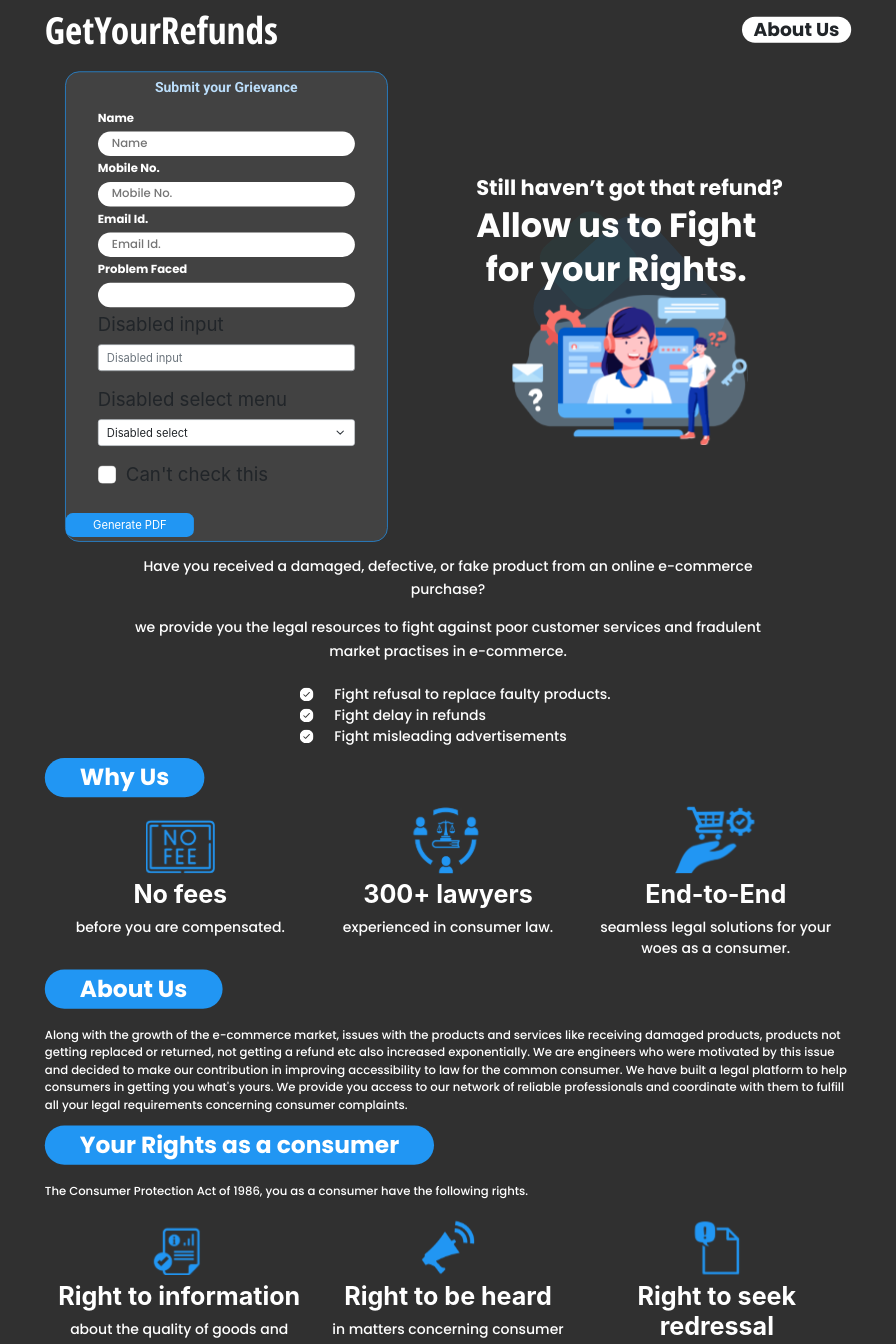
Repository: Eren00Yeager/initial-survey
Page: /consumer-complaints
These files come from the project's save history. The page is drawn as it stood at one moment and after the next save; the edit follows.
The browser window is 1280 px wide. The pictures show the part of the page from y = 0 to 1920 px (the page is 2893 px tall before and 2877 px after), at 70% of full size.
Some web fonts or font styles are not loaded; a fallback is used. The project was rebuilt for these pictures with package versions that can differ from the ones it lists, and the page was loaded fresh each time. The framework's server and built-in components were replaced by stand-ins that run in the browser. Also part of the build but not shown: next.config.js.

Above is the page before, as saved 2022-07-14 11:55:48.

### pages/consumer-complaints.jsx
import Head from "next/head";
import Image from "next/image";
import consumerStyles from "../styles/consumer.module.css";
import svg from "../pic/mark.svg";
import im from "../pic/i2.svg";
import i1 from "../pic/nofee.svg";
import i2 from "../pic/law.svg";
import i3 from "../pic/end2.svg";
import j1 from "../pic/info.svg";
import j2 from "../pic/heard.svg";
import j3 from "../pic/seek.svg";
import j4 from "../pic/free.svg";
import j5 from "../pic/safe.svg";
import a from "../pic/carrow.svg";
import f from "../pic/foot.svg";
import z1 from "../pic/in.svg";
import z2 from "../pic/tweet.svg";
import z3 from "../pic/mail.svg";
import { Col,Row,Form,Button,Accordion } from 'react-bootstrap';
import { useState,useEffect } from "react";


export default function consumer() {

    const [name, setName] = useState('');
    const [mobile, setMobile] = useState('');
    const [email, setEmail] = useState('');
    const [problem, setProblem] = useState('');
    const [error, seterror] = useState('');
    const [st, setst] = useState(false);
    const emailValidation = () => {
        const regex = /^(([^<>()[\]\.,;:\s@\"]+(\.[^<>()[\]\.,;:\s@\"]+)*)|(\".+\"))@(([^<>()[\]\.,;:\s@\"]+\.)+[^<>()[\]\.,;:\s@\"]{2,})$/i;
        if (!email || regex.test(email) === false) {

            seterror("Email is not valid");

            return false;
        }
        return true;
    }
    const submitHandler = async (e) => {
        e.preventDefault();

        console.log([name, mobile, email, problem])
        if (emailValidation()) {
            try {
                const response = await fetch("/api/consumersheet", {
                    method: "POST",
                    body: JSON.stringify({ name, mobile, email, problem }),
                    headers: {
                        'Content-Type': 'application/json',
                    },
                })
                if (await response.status == 201) {
                    setst(true)
                } else {
                    throw response.json()
                }


            } catch (e) {
                console.log(e)
                alert("There was an error in submitting\nPlease try again")
                setName('');
                setMobile('');
                setEmail('');
                setProblem('');
                setst(false);
            }
        }
    }

    const [windowSize, setWindowSize] = useState({
        width: "",
        height: "",
    });

    useEffect(() => {
        // only execute all the code below in client side
        if (typeof window !== 'undefined') {
            // Handler to call on window resize
            function handleResize() {
                // Set window width/height to state
                setWindowSize({
                    width: window.innerWidth,
                    height: window.innerHeight,
                });
            }

            // Add event listener
            window.addEventListener("resize", handleResize);

            // Call handler right away so state gets updated with initial window size
            handleResize();

            // Remove event listener on cleanup
            return () => window.removeEventListener("resize", handleResize);
        }
    }, []); // Empty array ensures that effect is only run on mount
    function handleScroll() {
        window.scroll({
            top: document.body.offsetHeight,
            left: 0,
            behavior: 'smooth',
        });
    }

    const thnk = (
        <div className={consumerStyles.tnk}>
            <div className={consumerStyles.thank}>Thank you for
                signing up with us.
                We will soon
                reach out to you.</div>
        </div>
    )
    const frm = (
        <Form className={consumerStyles.frm} onSubmit={submitHandler}>
            <div className={consumerStyles.grev}>
                Submit your Grievance
            </div>
            <div className={consumerStyles.details}>
                <div className={consumerStyles.det}>
                    <div className={consumerStyles.nam}>Name</div>
                    <input type="text" placeholder="Name" className={consumerStyles.plc} value={name} required onChange={(e) => setName(e.target.value)}></input>
                </div>
                <div className={consumerStyles.det}>
                    <div className={consumerStyles.nam}>Mobile No.</div>
                    <input type="text" placeholder="Mobile No." pattern="[0-9]{10}" className={consumerStyles.plc} required value={mobile} onChange={(e) => setMobile(e.target.value)}></input>
                </div>
                <div className={consumerStyles.det}>
                    <div className={consumerStyles.nam}>Email Id.</div>
                    <input type="text" placeholder="Email Id." className={consumerStyles.plc} value={email} required onChange={(e) => setEmail(e.target.value)}></input>
                    <div className={consumerStyles.err}>{error}</div>
                </div>
                <div className={consumerStyles.det}>
                    <div className={consumerStyles.nam}>Problem Faced</div>
                    <input type="text" placeholder="" className={consumerStyles.plc} value={problem} required onChange={(e) => setProblem(e.target.value)}></input>
                </div>
                <Form.Group className="mb-3">
        <Form.Label>Disabled input</Form.Label>
        <Form.Control placeholder="Disabled input" />
      </Form.Group>
      <Form.Group className="mb-3">
        <Form.Label>Disabled select menu</Form.Label>
        <Form.Select >
          <option>Disabled select</option>
          <option>dsafjn</option>
          <option>kskjdjnfojn</option>
        </Form.Select>
      </Form.Group>
      <Form.Group className="mb-3">
        <Form.Check type="checkbox" label="Can't check this" />
      </Form.Group>

            </div>
            {/* <div className={consumerStyles.terms}>
                <input className={consumerStyles.sub} type="submit" value="SUBMIT"></input>
            </div> */}
            <Button variant="primary" className={consumerStyles.sub} >
            Generate PDF
            </Button>



</Form>
    )
    return (
        <div className={consumerStyles.s}>
            <Head>
                <title>Consumer Complaints</title>
                <meta name="description" content="" />
                <link rel="icon" href="/favicon.ico" />
                <link href='https://fonts.googleapis.com/css?family=Open Sans Condensed:700' rel='stylesheet'></link>
            </Head>

            <div className={consumerStyles.container}>

                <div className={consumerStyles.head}>
                    <div className={consumerStyles.hd}>
                        GetYourRefunds
                    </div>

                    <div>
                        <a href="#about-us" className={consumerStyles.btn} onClick={handleScroll}>About Us</a>
                    </div>
                </div>
                <div className={consumerStyles.main}>

                    {st ? thnk : frm}
                    <div className={consumerStyles.tct}>
                        <div className={consumerStyles.py} style={windowSize.width > 900 ? {position:"relative",width:"32.552vw"} : {position:"relative",width:"250px"}} >
                            <Image src={im} layout="responsive"/>
                        </div>
                        <div className={consumerStyles.t1}>
                            <div className={consumerStyles.title}>
                                <div className={consumerStyles.title2}>
                                    Still haven’t got that refund?
                                </div>

                                <div className={consumerStyles.title1}>
                                    Allow us to Fight <br></br>for your Rights.
                                </div>
                            </div>
                        </div>

                    </div>

                </div>

                <div className={consumerStyles.fo}>

                    <div className={consumerStyles.mid}>
                        Have you received a damaged, defective, or fake product from an online e-commerce purchase?
                    </div>
                    <div className={consumerStyles.mid}>
                        we provide you the legal resources to fight against
                        poor customer services and fradulent market practises in
                        e-commerce.
                    </div>
                    <div className={consumerStyles.points}>
                        <div>
                            <div className={consumerStyles.p}>
                                <div className={consumerStyles.i}>
                                    <Image src={svg} />
                                </div>
                                <div className={consumerStyles.t}>
                                    Fight refusal to replace faulty products.
                                </div>
                            </div>
                            <div className={consumerStyles.p}>
                                <div className={consumerStyles.i}>
                                    <Image src={svg} />
                                </div>
                                <div className={consumerStyles.t}><div>Fight delay in refunds</div></div>
                            </div>
                            <div className={consumerStyles.p}>
                                <div className={consumerStyles.i}>
                                    <Image src={svg} />
                                </div>
                                <div className={consumerStyles.t}>
                                    Fight misleading advertisements
                                </div>
                            </div>
                        </div>
                    </div>

                </div>
                <div className={consumerStyles.sect}>
                    <div className={consumerStyles.sech}>Why Us</div>
                    <div className={consumerStyles.fwrap}>
                        <div className={consumerStyles.box}>
                            <div className={consumerStyles.bsvg} ><div style={windowSize.width > 900 ? {  width:"7.747vw",position:"relative"}:{  width:"30vw",position:"relative"}}><Image src={i1} layout="responsive"></Image></div></div>
                            <div className={consumerStyles.des}>
                                <span className={consumerStyles.des1}> No fees </span>
                                <span className={consumerStyles.des2}>before you are compensated.</span>
                            </div>
                        </div>
                        <div className={consumerStyles.box}>
                           <div className={consumerStyles.bsvg}> <div style={windowSize.width > 900 ?{ width:"12.240vw",position:"relative"}:{  width:"50vw",position:"relative"}}><Image src={i2} layout="responsive"></Image></div></div>
                            <div className={consumerStyles.des}>
                                <span className={consumerStyles.des1}>300+ lawyers </span>
                                <span className={consumerStyles.des2}>experienced in consumer law. </span>
                            </div>
                        </div>
                        <div className={consumerStyles.box}>
                            <div className={consumerStyles.bsvg}><div style={windowSize.width > 900 ?{ width:"13.477vw",position:"relative"}:{  width:"50vw",position:"relative"}}><Image src={i3} layout="responsive"></Image></div></div>
                            <div className={consumerStyles.des}>
                                <span className={consumerStyles.des1}>End-to-End</span>
                                <span className={consumerStyles.des2}>seamless legal solutions for your woes  as a consumer.</span>
                            </div>
                        </div>
                    </div>
                </div>
                <div className={consumerStyles.sect} id="about-us">
                    <div className={consumerStyles.sech}>About Us</div>
                    <div className={consumerStyles.abt}>Along with the growth of the e-commerce market, issues with the products and services like receiving damaged products, products not getting replaced or returned, not getting a refund etc also increased exponentially.  We are engineers who were motivated by this issue and decided to make our contribution in improving accessibility to law for the common consumer. We have built a legal platform to help consumers in getting you what's yours. We provide you access to our network of reliable professionals and coordinate with them to fulfill all your legal requirements concerning consumer complaints.   </div>
                </div>
                <div className={consumerStyles.sect}>
                    <div className={consumerStyles.sech}>Your Rights as a consumer</div>
                    <div className={consumerStyles.abt}>The Consumer Protection Act of  1986, you as a consumer have the following rights.</div>
                    <div className={consumerStyles.fwrap}>
                        <div className={consumerStyles.box}>
                        <div className={consumerStyles.bsvg} ><div style={windowSize.width > 900 ?{  width:"6.120vw",position:"relative"}:{  width:"30vw",position:"relative"}}><Image src={j1} layout="responsive"></Image></div></div>
                            <div className={consumerStyles.des}>
                                <span className={consumerStyles.des1}> Right to information </span>
                                <span className={consumerStyles.des2}>about the quality of goods and services</span>
                            </div>
                        </div>
                        <div className={consumerStyles.box}>
                        <div className={consumerStyles.bsvg} ><div style={windowSize.width > 900 ?{  width:"9.440vw",position:"relative"}:{  width:"50vw",position:"relative"}}><Image src={j2} layout="responsive"></Image></div></div>
                            <div className={consumerStyles.des}>
                                <span className={consumerStyles.des1}>Right to be heard </span>
                                <span className={consumerStyles.des2}>in matters concerning consumer interest </span>
                            </div>
                        </div>
                        <div className={consumerStyles.box}>
                        <div className={consumerStyles.bsvg} ><div style={windowSize.width > 900 ?{  width:"12.891vw",position:"relative"}:{  width:"70vw",position:"relative"}}><Image src={j3} layout="responsive"></Image></div></div>
                            <div className={consumerStyles.des}>
                                <span className={consumerStyles.des1}>Right to seek redressal</span>
                                <span className={consumerStyles.des2}> when rights are infringed</span>
                            </div>
                        </div>
                        <div className={consumerStyles.box}>
                        <div className={consumerStyles.bsvg} ><div style={windowSize.width > 900 ?{  width:"7.161vw",position:"relative"}:{  width:"30vw",position:"relative"}}><Image src={j4} layout="responsive"></Image></div></div>
                            <div className={consumerStyles.des}>
                                <span className={consumerStyles.des1}>Right to freely choose</span>
                                <span className={consumerStyles.des2}> from goods & services </span>
                            </div>
                        </div>
                        <div className={consumerStyles.box}>
                        <div className={consumerStyles.bsvg} ><div style={windowSize.width > 900 ?{  width:"8.594vw",position:"relative"}:{  width:"40vw",position:"relative"}}><Image src={j5} layout="responsive"></Image></div></div>
                            <div className={consumerStyles.des}>
                                <span className={consumerStyles.des1}>Right to safety</span>
                                <span className={consumerStyles.des2}> from hazardous goods & services</span>
                            </div>
                        </div>
                    </div>
                </div>
                <div className={consumerStyles.sect}>
                    <div className={consumerStyles.sech}>The Process</div>
                    <div className={consumerStyles.proc}>
                        <div className={consumerStyles.pr}>
                            <div className={consumerStyles.pu}>1) Inform us about your problem</div>
                            <div className={consumerStyles.pd}>Our legal advisory team will get in touch with you and collect the details regarding your issue.</div>
                        </div>
                       {windowSize.width > 900 ? <div style={{  width:"3.971vw",position:"relative"}}><Image src={a} layout="responsive"></Image></div> : ""}
                        <div className={consumerStyles.pr}>
                            <div className={consumerStyles.pu}>2) Filing a legal notice</div>
                            <div className={consumerStyles.pd}>Our legal team will then file a legal notice against the seller involved in the issue.</div>
                        </div>
                        {windowSize.width > 900 ? <div style={{  width:"3.971vw",position:"relative"}}><Image src={a} layout="responsive"></Image></div> : ""}
                        <div className={consumerStyles.pr}>
                            <div className={consumerStyles.pu}>3) Consumer Court</div>
                            <div className={consumerStyles.pd}>In case the company does not respond, our trusted network of lawyers will fight the case in consumer court and resolve the case.</div>
                        </div>

                    </div>
                </div>
                <div className={consumerStyles.sect}>
                    <div className={consumerStyles.sech}>FAQs</div>
                    <div className={consumerStyles.qa}>
                        <div className={consumerStyles.ques}>Q. What is the amount I have to pay to get my issue resolved?</div>
                        <div className={consumerStyles.ans}>A: You do not have to pay any fees upfront. A commission of 10% will be charged if we are successful in getting your issue resolved. This legal fees would also be compensated by the vendor against whom you are raising a complaint.</div>
                    </div>
                    <div className={consumerStyles.qa}>
                        <div className={consumerStyles.ques}>Q. How long does it take to resolve a consumer complaint ?</div>
                        <div className={consumerStyles.ans}>A: In some cases the company resolves the complaint within 15 days after they recieve the legal notice . If the company does not resolve the complaint, it may take on average 8-18 months to resolve the issue through consumer courts.</div>
                    </div>
                </div>
                <div className={consumerStyles.foot} >
                    <div className={consumerStyles.ab1}>
                        <div className={consumerStyles.ftxt}>GetYourRefunds</div>
                        <div className={consumerStyles.cprt}>© Copyright 2022</div>
                    </div>
                    <div className={consumerStyles.ab2}>
                        <a href="https://www.linkedin.com/company/getyourrefund/" style={windowSize.width > 900 ? { width: '3.255vw', position: 'relative' } : { width: '20vw', position: 'relative' }}><Image src={z1} layout='responsive'></Image></a>
                        <a href="https://twitter.com/getyourrefunds" style={windowSize.width > 900 ? { width: '3.255vw', position: 'relative' }: { width: '20vw', position: 'relative' }}><Image src={z2} layout='responsive'></Image></a>
                        <a href="mailto:getyourrefunds@gmail.com" style={windowSize.width > 900 ? { width: '3.255vw', position: 'relative' }: { width: '20vw', position: 'relative' }}><Image src={z3} layout='responsive'></Image></a>

                    </div>
                    {windowSize.width > 900 ? <div style={{ width: '100%', position: 'relative' }}>
                        <Image src={f} layout='responsive'></Image>
                    </div> : ""}

                </div>
            </div>
        </div>

    );
}

### styles/globals.scss
@import "~bootstrap/scss/bootstrap";
html,
body {
  padding: 0;
  margin: 0;
  font-family: -apple-system, BlinkMacSystemFont, Segoe UI, Roboto, Oxygen,
    Ubuntu, Cantarell, Fira Sans, Droid Sans, Helvetica Neue, sans-serif;
}

a {
  color: inherit;
  text-decoration: none;
}

* {
  box-sizing: border-box;
}

Loaded but not shown: pages/_app.js (common file); styles/consumer.module.css (969 lines, source omitted)

After the next save:
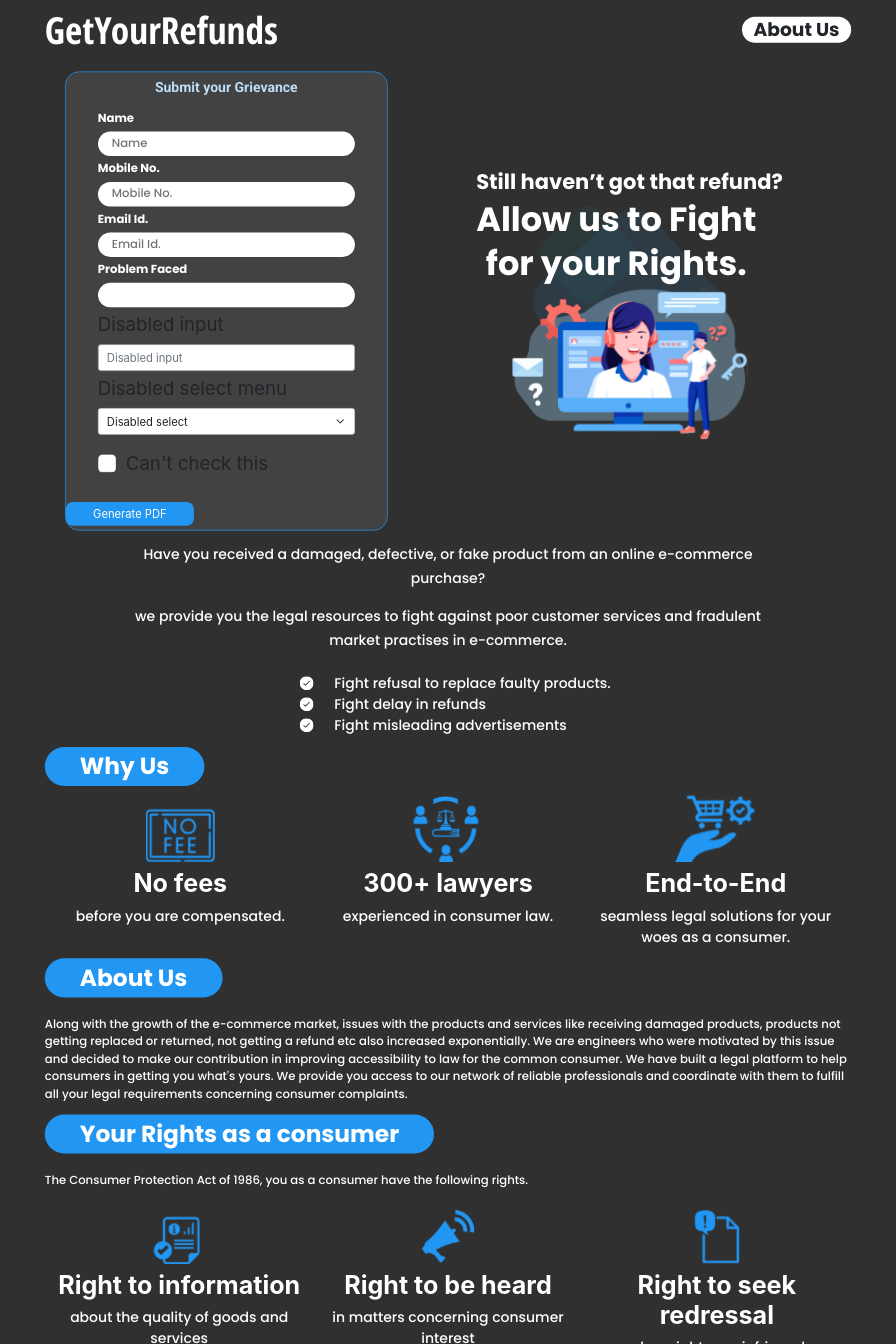
Saved 37 s later.
--- a/pages/consumer-complaints.jsx
+++ b/pages/consumer-complaints.jsx
@@ -136,7 +136,7 @@ export default function consumer() {
                     <div className={consumerStyles.nam}>Problem Faced</div>
                     <input type="text" placeholder="" className={consumerStyles.plc} value={problem} required onChange={(e) => setProblem(e.target.value)}></input>
                 </div>
-                <Form.Group className="mb-3">
+                <Form.Group  className={consumerStyles.det}>
         <Form.Label>Disabled input</Form.Label>
         <Form.Control placeholder="Disabled input" />
       </Form.Group>
